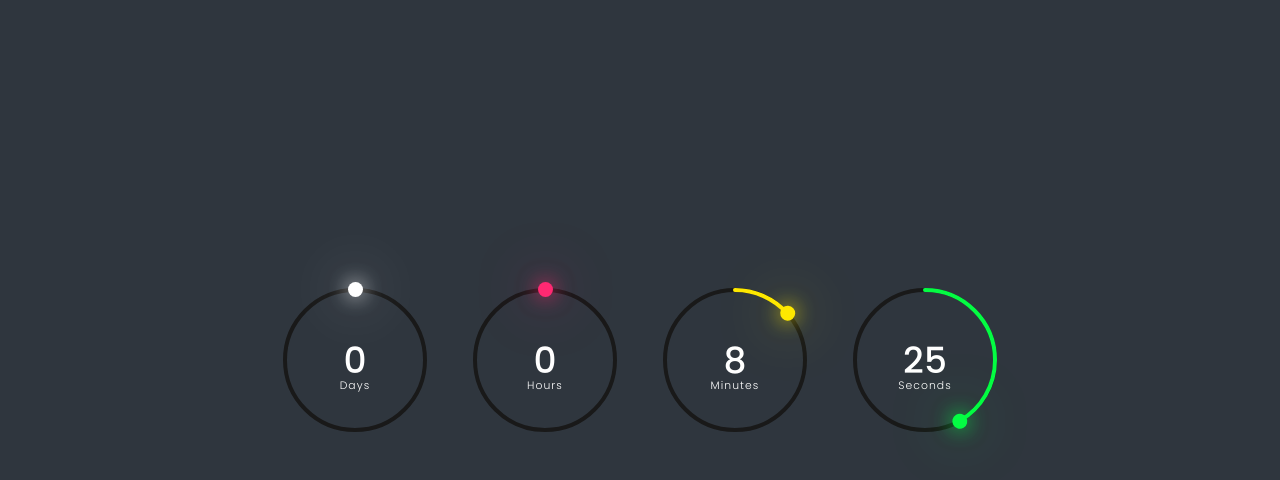
Repository: northpx/happyNY
Page: index.html
The author's editor kept a copy of each file at every save. The page is drawn from the files as they stood at one save, then again after the next save.
The browser window is 1280 px wide. The pictures show the whole page.

Above is the page before, as saved 2022-12-31 13:33:24.

After the next save:
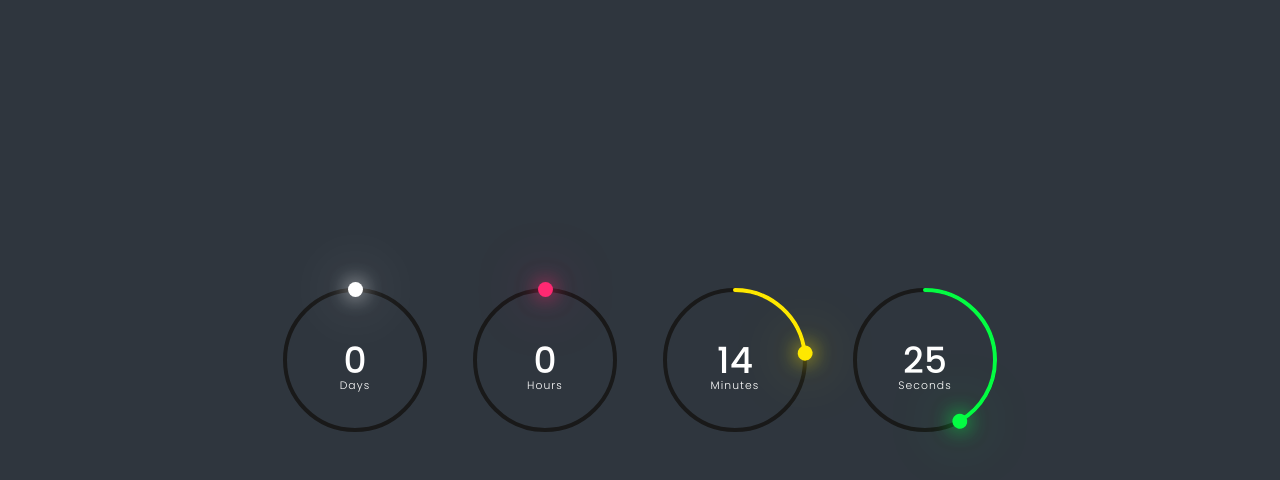
Saved 5 min 45 s later.
--- a/index.html
+++ b/index.html
@@ -244,7 +244,7 @@
         let min_dot = document.querySelector(".min_dot")
         let sec_dot = document.querySelector(".sec_dot")
 
-        let endDate = '12/31/2022 13:35:00'
+        let endDate = '12/31/2022 13:41:00'
 
         let x = setInterval(function(){
             let now = new Date(endDate).getTime();
